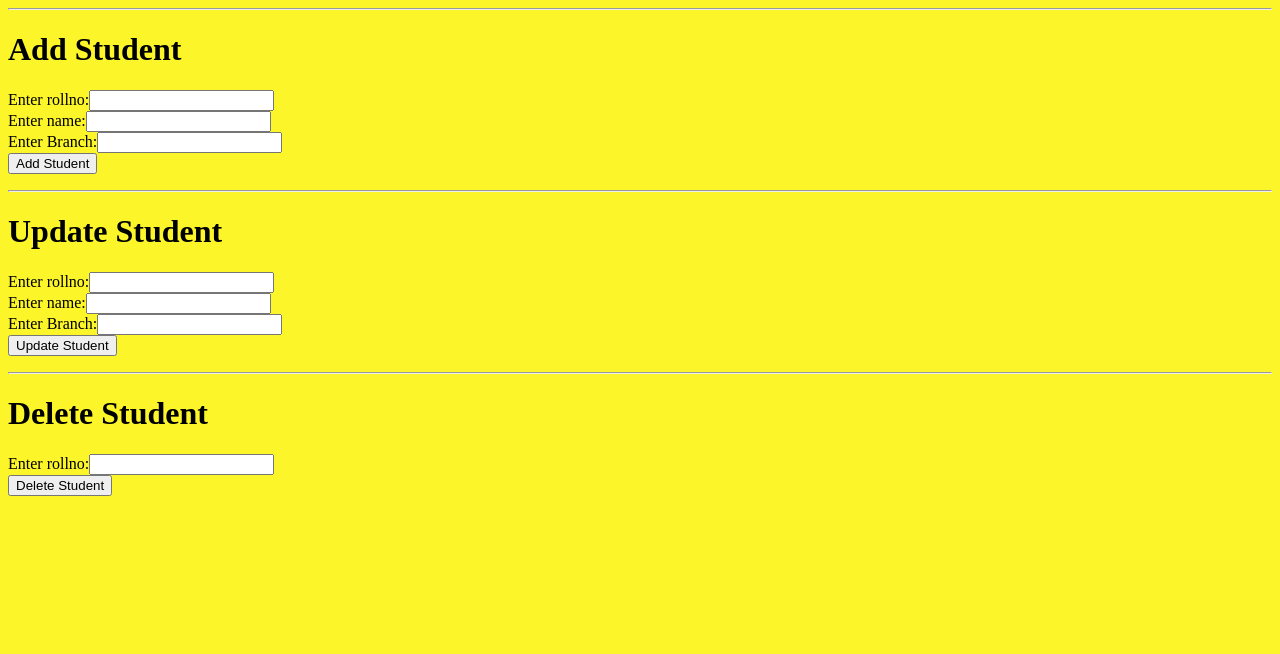
Repository: chinthaginjalabhuvan/Java
Page: RealTimeWebProject/src/main/webapp/index.html
The author's editor kept a copy of each file at every save. The page is drawn from the files as they stood at one save, then again after the next save.
The browser window is 1280 px wide. The pictures show the whole page.

Above is the page before, as saved 2025-06-03 11:20:47.

### RealTimeWebProject/src/main/webapp/index.html

<html>
<body bgcolor="#fbf529 ">
<hr/>
<h1>Add Student</h1>
<form action="AddStudent.jsp">
Enter rollno:<input type="text" name="rollno"/><br/>
Enter name:<input type="text" name="name"/><br/>
Enter Branch:<input type="text" name="branch"/><br/>
<button type="submit">Add Student</button>
</form>
<hr/>
<h1>Update Student</h1>
<form action="UpdateStudent.jsp">
Enter rollno:<input type="text" name="rollno"/><br/>
Enter name:<input type="text" name="name"/><br/>
Enter Branch:<input type="text" name="branch"/><br/>
<button type="submit">Update Student</button>
</form>
<hr/>
<h1>Delete Student</h1>
<form action="DeleteStudent.jsp">
Enter rollno:<input type="text" name="rollno"/><br/>
<button type="submit">Delete Student</button>
</form>
</body>
</html>

After the next save:
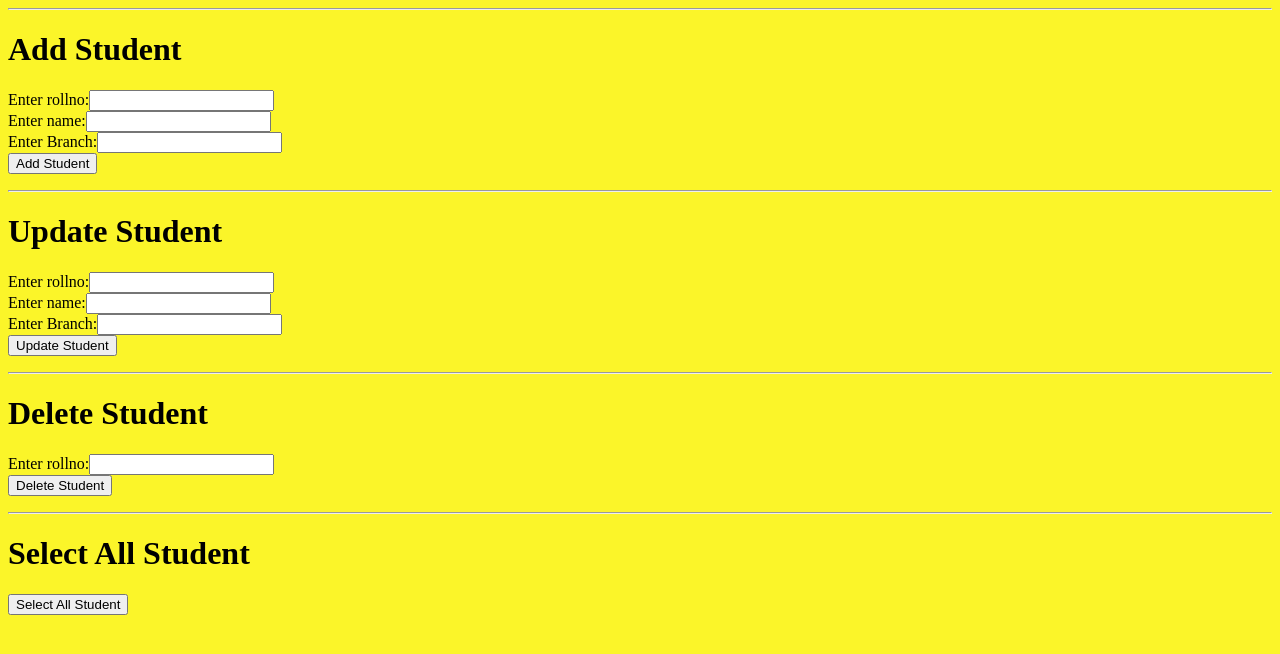
Saved 3 min 34 s later.
--- a/RealTimeWebProject/src/main/webapp/index.html
+++ b/RealTimeWebProject/src/main/webapp/index.html
@@ -23,5 +23,10 @@ Enter Branch:<input type="text" name="branch"/><br/>
 Enter rollno:<input type="text" name="rollno"/><br/>
 <button type="submit">Delete Student</button>
 </form>
+<hr/>
+<h1>Select All Student</h1>
+<form action="SelectAll.jsp">
+<button type="submit">Select All Student</button>
+</form>
 </body>
 </html>
